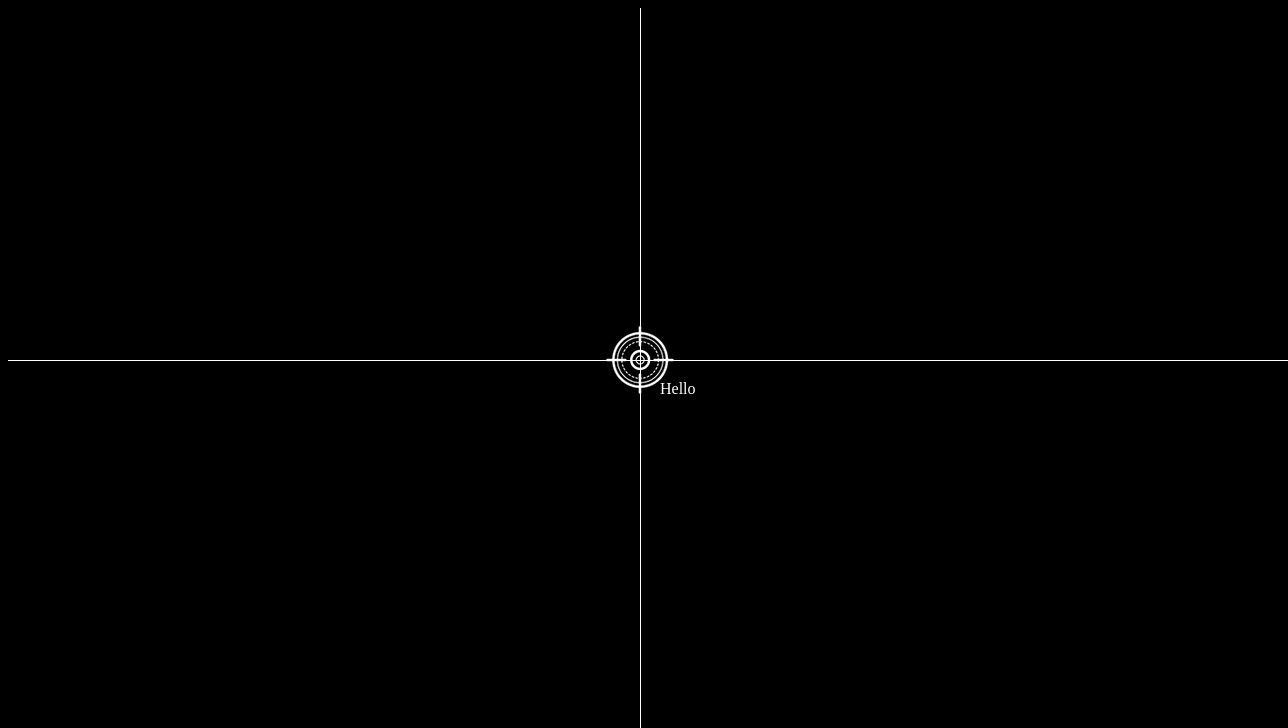
Repository: woojinShim/Browser-Study
Page: coordinates/index.html
An editor plug-in stored every save of this project. The page is shown before and after the next save, followed by the edit.
The browser window is 1280 px wide. The page is 1288 px wide, so the pictures cover 1288 px, including what lies to the right of the window. The pictures show the whole page.

Above is the page before, as saved 2022-02-02 22:40:17.

### coordinates/index.html
<!DOCTYPE html>
<html lang="en">
  <head>
    <meta charset="UTF-8" />
    <meta name="viewport" content="width=device-width, initial-scale=1.0" />
    <title>Coordinates</title>
    <script src="main.js" defer></script>
    <link rel="stylesheet" href="style.css" />
  </head>
  <body>
    <div class="line horozontal"></div>
    <div class="line vertical"></div>
    <img class="target" src="img/target.png" alt="target">
    <span class="tag">Hello</span>
  </body>
</html>

### coordinates/style.css
body {
  background: black;
}

.line {
  position: absolute;
  background-color: white;
}

.horozontal {
  width: 100%;
  height: 1px;
  top: 50%;
}

.vertical {
  width: 1px;
  height: 100%;
  left: 50%;
}

.target {
  position: absolute;
  top: 50%;
  left: 50%;
  transform: translate(-50%, -50%);
}

.tag {
  color: white;
  position: absolute;
  top: 50%;
  left: 50%;
  transform: translate(20px, 20px);
}

Loaded but not shown: coordinates/main.js (no stored copy; drawn as an empty file)

After the next save:
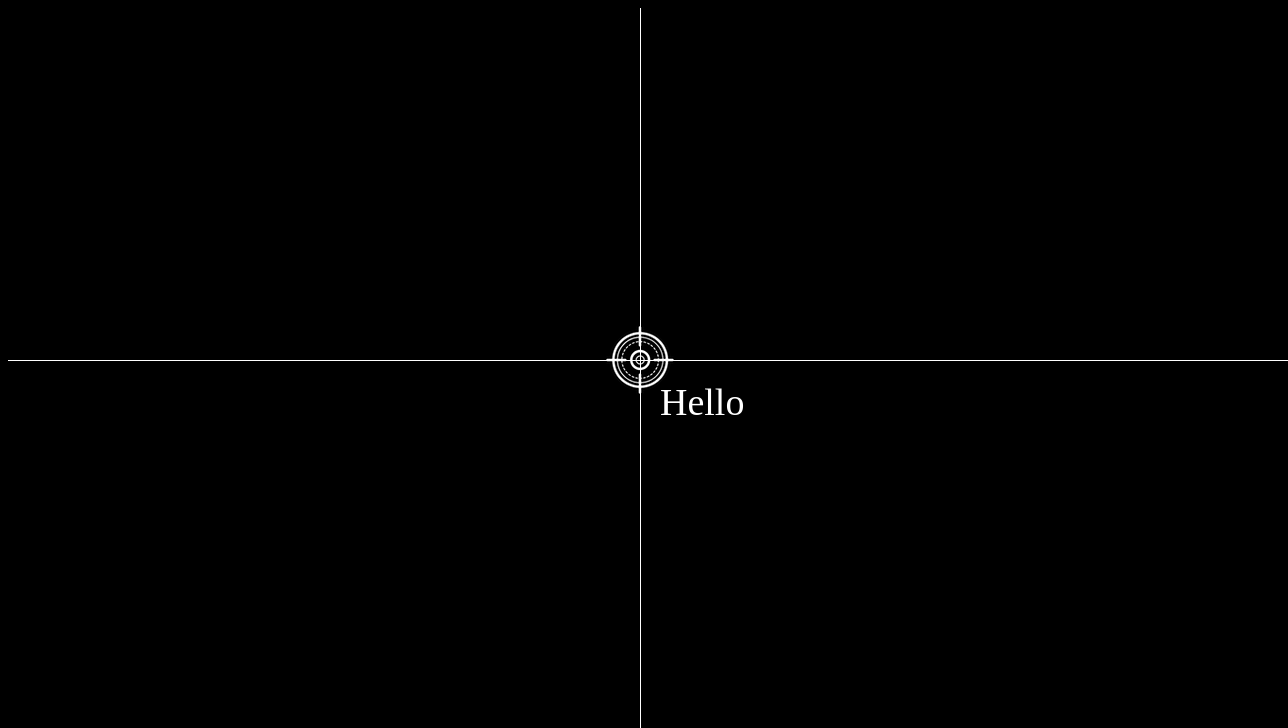
Saved 20 s later.
--- a/coordinates/style.css
+++ b/coordinates/style.css
@@ -31,5 +31,6 @@ body {
   position: absolute;
   top: 50%;
   left: 50%;
+  font-size: 38px;
   transform: translate(20px, 20px);
 }
